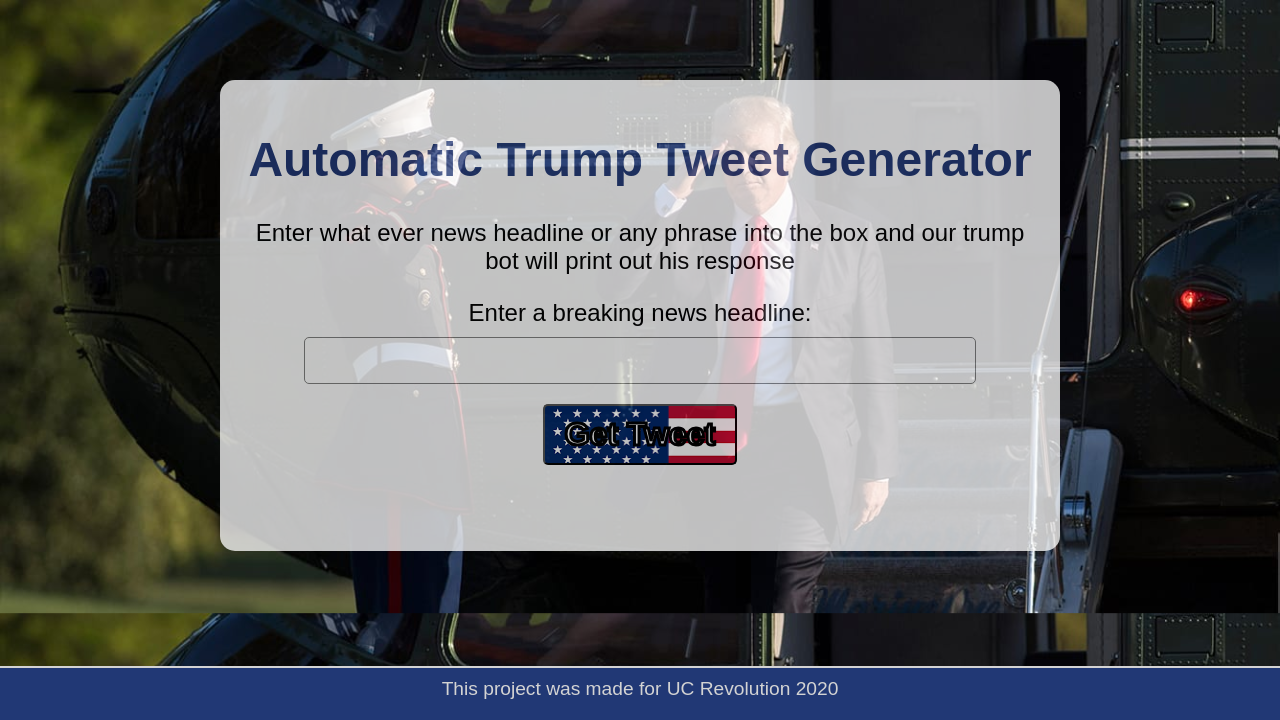
Repository: Yang4292/ai-donald
Page: http://localhost/
The author's editor kept a record of every edit. The page is drawn from the files as they stood at one moment, then again after the next edit.
The browser window is 1280 px wide. The pictures show the whole page.
The page is served by the project's application, run on Flask 3 (FlaskServer.py).

Above is the page before.

### templates/home.html
<!DOCTYPE html>
<html lang="en">
  <head>
    <meta charset="utf-8">
    <title>TrumpBot</title>
      <link rel="stylesheet" type="text/css" href="/static/theme.css">
  </head>
  <body background="/static/hero_marine_one.jpg">
    <div class="container">
        <h1>Automatic Trump Tweet Generator</h1>
        <p>Enter what ever news headline or any phrase into the box and our trump bot will print out his response</p>
        <label for="headline">Enter a breaking news headline:</label><br>
        <input type="text" id="headline" name="headline"><br>
        <button onclick="get_tweet();">Get Tweet</button><br>
        <label for="response" id="responseLabel"></label><br>
        <output type="text" id="response" name="response"><br>
    </div>
    <div class="bottomBar">This project was made for UC Revolution 2020</div>
    <script type="text/javascript">
      function get_tweet() {
        var req = new XMLHttpRequest();

        req.onreadystatechange = function() {
            if (this.readyState == 4 && this.status == 200) {
                document.getElementById("response").innerHTML = this.responseText;
                document.getElementById("responseLabel").innerHTML = "Trump's Tweet:";
            }
        };

        document.getElementById("responseLabel").innerHTML = "Contacting the White House...";
        req.open('GET', '/get-tweet?headline=' + document.getElementById("headline").value, true);
        req.send();
      }
    </script>
  </body>
</html>

### FlaskServer.py
from flask import Flask, request, render_template
import GenerateTweet

app = Flask(__name__)

@app.route('/', methods=['GET'])
def home():
    return render_template('home.html')

@app.route('/get-tweet', methods=['GET'])
def get_tweet():
    headline = request.args.get('headline')
    return GenerateTweet.get_tweet(headline)

if __name__ == "__main__":
    app.run(host="0.0.0.0", port=80)

### GenerateTweet.py
import tensorflow as tf
from tensorflow import keras
import numpy as np
import language_check
import random

language_tool = language_check.LanguageTool('en-US')
idx2char = np.array(['\n', ' ', '!', '$', '%', "'", '(', ')', '+', ',', '-', '.', '/', '0', '1', '2', '3', '4', '5', '6', '7', '8', '9', ':', ';', '<', '?', 'A', 'B', 'C', 'D', 'E', 'F', 'G', 'H', 'I', 'J', 'K', 'L', 'M', 'N', 'O', 'P', 'Q', 'R', 'S', 'T', 'U', 'V', 'W', 'X', 'Y', 'Z', '[', ']', 'a', 'b', 'c', 'd', 'e', 'f', 'g', 'h', 'i', 'j', 'k', 'l', 'm', 'n', 'o', 'p', 'q', 'r', 's', 't', 'u', 'v', 'w', 'x', 'y', 'z', '–', '‘', '’', '“', '”', '…', '′'])
char2idx = {'\n': 0, ' ': 1, '!': 2, '$': 3, '%': 4, "'": 5, '(': 6, ')': 7, '+': 8, ',': 9, '-': 10, '.': 11, '/': 12, '0': 13, '1': 14, '2': 15, '3': 16, '4': 17, '5': 18, '6': 19, '7': 20, '8': 21, '9': 22, ':': 23, ';': 24, '<': 25, '?': 26, 'A': 27, 'B': 28, 'C': 29, 'D': 30, 'E': 31, 'F': 32, 'G': 33, 'H': 34, 'I': 35, 'J': 36, 'K': 37, 'L': 38, 'M': 39, 'N': 40, 'O': 41, 'P': 42, 'Q': 43, 'R': 44, 'S': 45, 'T': 46, 'U': 47, 'V': 48, 'W': 49, 'X': 50, 'Y': 51, 'Z': 52, '[': 53, ']': 54, 'a': 55, 'b': 56, 'c': 57, 'd': 58, 'e': 59, 'f': 60, 'g': 61, 'h': 62, 'i': 63, 'j': 64, 'k': 65, 'l': 66, 'm': 67, 'n': 68, 'o': 69, 'p': 70, 'q': 71, 'r': 72, 's': 73, 't': 74, 'u': 75, 'v': 76, 'w': 77, 'x': 78, 'y': 79, 'z': 80, '–': 81, '‘': 82, '’': 83, '“': 84, '”': 85, '…': 86, '′': 87}
model = tf.keras.models.load_model('model.h5')

def generate_text(model, start_string):
  # Evaluation step (generating text using the learned model)

  # Number of characters to generate
  num_generate = 500

  # Converting our start string to numbers (vectorizing)
  input_eval = [char2idx[s] for s in start_string]
  input_eval = tf.expand_dims(input_eval, 0)

  # Empty string to store our results
  text_generated = []

  # Low temperatures results in more predictable text.
  # Higher temperatures results in more surprising text.
  # Experiment to find the best setting.
  temperature = .5

  # Here batch size == 1
  model.reset_states()
  for i in range(num_generate):
      predictions = model(input_eval)
      # remove the batch dimension
      predictions = tf.squeeze(predictions, 0)

      # using a categorical distribution to predict the character returned by the model
      predictions = predictions / temperature
      predicted_id = tf.random.categorical(predictions, num_samples=1)[-1,0].numpy()

      # We pass the predicted character as the next input to the model
      # along with the previous hidden state
      input_eval = tf.expand_dims([predicted_id], 0)

      text_generated.append(idx2char[predicted_id])

  return (start_string + ''.join(text_generated))

# return empty string if too many errors
def fix_sentence(sentence):
    errors = language_tool.check(sentence)
    return sentence if len(errors) == 0 else ''

def get_tweet(headline):
    string = generate_text(model, start_string=(headline + "."))
    sentences = string.split('.')[:-1]
    tweet = '"' + sentences[0] + '."'
    for sentence in sentences[1:]:
        fixed_sentence = fix_sentence(sentence)
        # if length is zero, sentence was too bad to be fixed
        if len(fixed_sentence) > 0:
            if len(tweet + sentence) < 280:
                tweet = tweet + fixed_sentence + '.'
    tweet = tweet.replace('\n','')
    #tweet = mad_lib(tweet, headline)

    return tweet

# def mad_lib(text, filler):
#     pos_to_replace = ['NNP', 'NNPS', 'NN', 'NNS']
#     #'VB', 'VBD', 'VBG', 'VBN', 'VBP', 'VBZ','JJ', 'JJR', 'JJS',
#     text_pos = nltk.pos_tag(nltk.word_tokenize(text))
#     filler_pos = nltk.pos_tag(nltk.word_tokenize(filler))
#     for text_word in text_pos:
#         if text_word[1] in pos_to_replace and len(text_word[0]) > 3:
#             random.shuffle(filler_pos)
#             for filler_word in filler_pos:
#                 if filler_word[1] == text_word[1] and random.random() > .25:
#                     text = text.replace(text_word[0], filler_word[0].upper())
#                     break

#     return text

### static/theme.css
* {
    padding: 0;
    text-align: center;
    font-family: Arial;
}

body {
    background-size:cover;
    font-size:1.5rem;
}

.container {
    background-color: white;
    margin: 5rem auto 0 auto;
    padding: 20px;
    max-width: 800px;
    opacity: .75;
    border-radius:15px;

}

input {
    padding:15px;
    border-radius:5px;
    width:80%;
    border: 1px grey solid;
}

button {
    padding:10px 20px 10px 20px;
    font-weight:bold;
    font-size:2rem;
    border-radius:5px;
    outline: none;
}

button, input, #responseLabel{
    margin-top: 10px;
    margin-bottom: 10px;
}

button{
    padding:10px 20px 10px 20px;
    font-weight:900;
    font-size:2rem;
    border-radius:5px;
    outline: none;
    background-image: url('merica.png');
    color:white;
    opacity:1;
    -webkit-text-fill-color: white; /* Will override color (regardless of order) */
    -webkit-text-stroke-width: 3px;
    -webkit-text-stroke-color: black;
}
.bottomBar {
    position:fixed;
    height:2rem;
    background-color:#213875;
    border-top:2px solid lightgrey;
    bottom:0px;
    right:0px;
    left:0px;
    color:lightgrey;
    padding:10px;
    font-size:1.2rem;
}
h1 {
    color:#213875;
}

After the next edit:
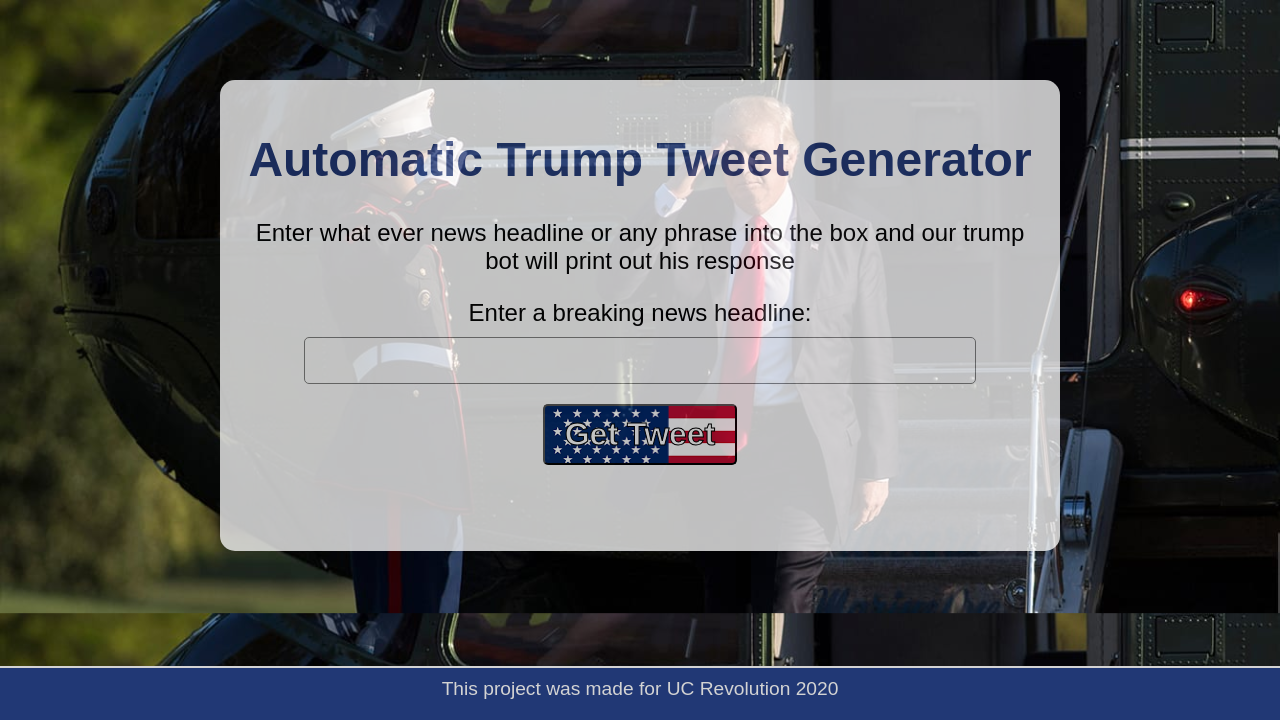
The edit:
--- a/static/theme.css
+++ b/static/theme.css
@@ -49,7 +49,7 @@
     color:white;
     opacity:1;
     -webkit-text-fill-color: white; /* Will override color (regardless of order) */
-    -webkit-text-stroke-width: 3px;
+    -webkit-text-stroke-width: 1px;
     -webkit-text-stroke-color: black;
 }
 .bottomBar {
